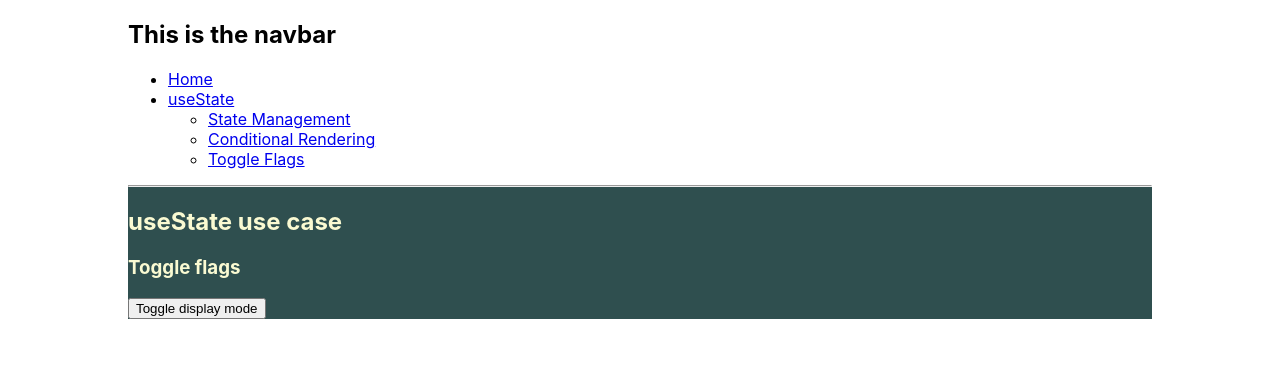
Repository: Colo-Codes/react-hooks-use-cases
Page: /usestate/toggle
These files come from the project's save history. The page is drawn as it stood at one moment and after the next save; the edit follows.
The browser window is 1280 px wide. The pictures show the whole page.
The project was rebuilt for these pictures with package versions that can differ from the ones it lists, and the page was loaded fresh each time. Also part of the build but not shown: src/components/Home/Home.js, src/components/UseCaseUseState/UseCaseUseState.js, src/components/UseCaseUseState/UseCaseStateManagement.js, src/components/UseCaseUseState/UseCaseConditionalRender.js.

Above is the page before, as saved 2021-09-07 09:50:46.

### src/App.js
import classes from './App.module.css';
import { BrowserRouter as Router, Route, Switch } from 'react-router-dom';
import React from 'react';
import Home from './components/Home/Home';
import UseCaseUseState from './components/UseCaseUseState/UseCaseUseState';
import Navbar from './components/Navbar/Navbar';
import UseCaseStateManagement from './components/UseCaseUseState/UseCaseStateManagement';
import UseCaseConditionalRender from './components/UseCaseUseState/UseCaseConditionalRender';
import UseCaseToggle from './components/UseCaseUseState/UseCaseToggle';

function App() {
  return (
    <div className={classes.main}>
      <Router>
        <Navbar />
        <Switch>
          <Route exact path="/">
            <Home />
          </Route>
          <Route exact path="/usestate">
            <UseCaseUseState />
          </Route>
          <Route path="/usestate/state-management">
            <UseCaseStateManagement />
          </Route>
          <Route path="/usestate/conditional-rendering">
            <UseCaseConditionalRender />
          </Route>
          <Route path="/usestate/toggle">
            <UseCaseToggle />
          </Route>
        </Switch>
      </Router>
    </div>
  );
};

export default App;

### src/App.module.css
.main {
  width: 80%;
  margin: auto;
}

### src/components/Navbar/Navbar.js
import { Link } from "react-router-dom";

const Navbar = props => {
    return (
        <nav>
            <h1>This is the navbar</h1>
            <ul>
                <li><Link to="/">Home</Link></li>
                <li><Link to="/usestate">useState</Link>
                    <ul>
                        <li><Link to="/usestate/state-management">State Management</Link></li>
                        <li><Link to="/usestate/conditional-rendering">Conditional Rendering</Link></li>
                        <li><Link to="/usestate/toggle">Toggle Flags</Link></li>
                    </ul>
                </li>
            </ul>
        </nav>
    );
};

export default Navbar;

### src/components/UseCaseUseState/UseCaseToggle.js
import { useState } from 'react';
import classes from './UseCaseToggle.module.css';

const UseCaseToggle = props => {
    const [mode, setMode] = useState(false);

    // Use setState function form because the new state depends on the previous one
    const clickHandler = () => {
        setMode(prevState => !prevState);
    };

    const toggledClass = mode ? classes.light : classes.dark;
    console.log(toggledClass);

    return (
        <div className={toggledClass}>
            <hr />
            <h2>useState use case</h2>
            <h3>Toggle flags</h3>
            <button onClick={clickHandler}>Toggle display mode</button>
        </div>
    );
};

export default UseCaseToggle;

### src/components/UseCaseUseState/UseCaseToggle.module.css
.light {
    background-color: lightgoldenrodyellow;
    color: darkslategray;
    padding: 5rem;
}

.dark {
    background-color: darkslategray;
    color: lightgoldenrodyellow;
}

Loaded but not shown: public/index.html (common file); src/index.js (common file); src/index.css (common file); src/reportWebVitals.js (common file)

After the next save:
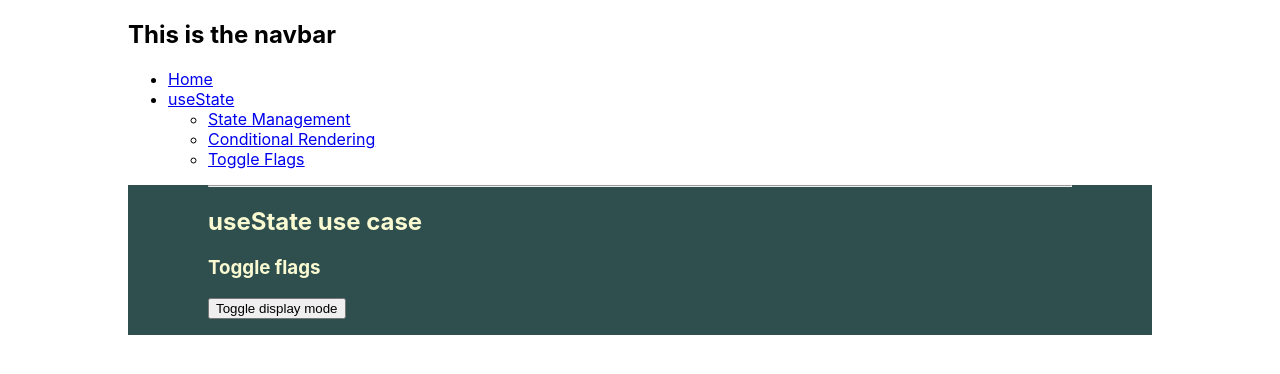
Saved 27 s later.
--- a/src/components/UseCaseUseState/UseCaseToggle.module.css
+++ b/src/components/UseCaseUseState/UseCaseToggle.module.css
@@ -1,10 +1,11 @@
 .light {
     background-color: lightgoldenrodyellow;
     color: darkslategray;
-    padding: 5rem;
+    padding: 0 5rem 1rem 5rem;
 }
 
 .dark {
     background-color: darkslategray;
     color: lightgoldenrodyellow;
+    padding: 0 5rem 1rem 5rem;
 }
